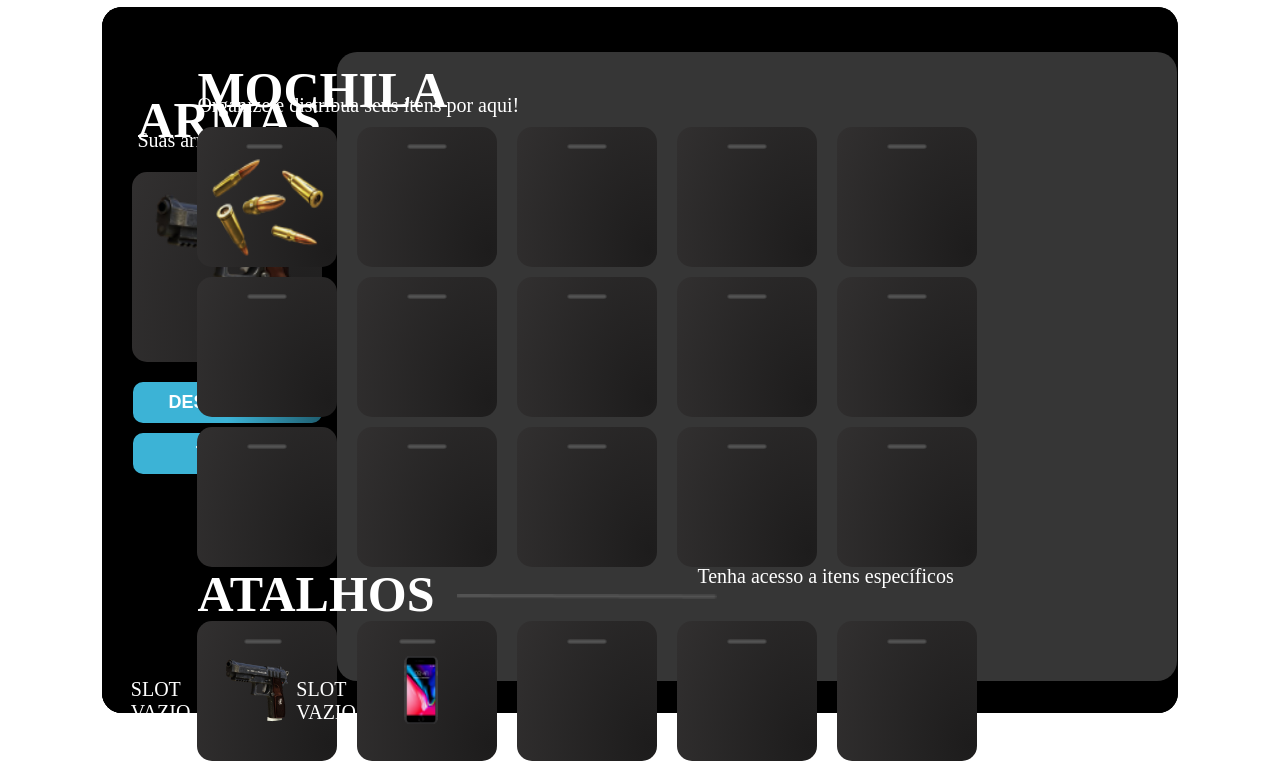
Repository: DuMCorrea/Mochila
Page: index.html
These files come from the project's save history. The page is drawn as it stood at one moment and after the next save; the edit follows.
The browser window is 1280 px wide. The pictures show the whole page.
Some web fonts or font styles are not loaded; a fallback is used.

Above is the page before, as saved 2024-09-03 10:17:10.

### index.html
<!DOCTYPE html>
<html lang="pt-BR">
<head>
    <meta charset="UTF-8">
    <meta name="viewport" content="width=device-width, initial-scale=1.0">
    <link href="https://fonts.googleapis.com/css2?family=Baloo+Bhai+2&display=swap" rel="stylesheet">
    <title>Modelo de Tela</title>
    <link rel="stylesheet" href="styles.css">
</head>
<body>
    <div class="container">
        <div class="background-rectangle">
            <div class="left-div">
                <div class="content-left">
                    <h1>ARMAS</h1>
                    <p>Suas armas equipadas!</p>
                    <div class="image-container">
                        <img src="assets/ARMA.png" alt="Imagem" />
                    </div>
                    <button class="desequipar-btn">DESEQUIPAR</button>
                    <button class="todas">TODAS</button>
                </div>
            </div>
            <div class="right-div">
                <div class="content-right">
                    <h1>MOCHILA</h1>
                    <p>Organize e distribua seus itens por aqui!</p>
                    <div class="squares-container">
                        <div class="square">
                            <img src="assets/traco.png" alt="Imagem" class="square-image-unic">
                            <img src="assets/balas.png" alt="Imagem" class="shots-image">
                        </div>
                        <div class="square">
                            <img src="assets/traco.png" alt="Imagem" class="square-image">
                        </div>
                        <div class="square">
                            <img src="assets/traco.png" alt="Imagem" class="square-image">
                        </div>
                        <div class="square">
                            <img src="assets/traco.png" alt="Imagem" class="square-image">
                        </div>
                        <div class="square">
                            <img src="assets/traco.png" alt="Imagem" class="square-image">
                        </div>
                    </div>
                    <!-- Segunda linha de quadrados -->
                    <div class="squares-containerr">
                        <div class="square">
                            <img src="assets/traco.png" alt="Imagem" class="square-image">
                        </div>
                        <div class="square">
                            <img src="assets/traco.png" alt="Imagem" class="square-image">
                        </div>
                        <div class="square">
                            <img src="assets/traco.png" alt="Imagem" class="square-image">
                        </div>
                        <div class="square">
                            <img src="assets/traco.png" alt="Imagem" class="square-image">
                        </div>
                        <div class="square">
                            <img src="assets/traco.png" alt="Imagem" class="square-image">
                        </div>
                    </div>

                    <!-- Terceira linha de quadrados -->
                    <div class="squares-containerrr">
                        <div class="square">
                            <img src="assets/traco.png" alt="Imagem" class="square-image">
                        </div>
                        <div class="square">
                            <img src="assets/traco.png" alt="Imagem" class="square-image">
                        </div>
                        <div class="square">
                            <img src="assets/traco.png" alt="Imagem" class="square-image">
                        </div>
                        <div class="square">
                            <img src="assets/traco.png" alt="Imagem" class="square-image">
                        </div>
                        <div class="square">
                            <img src="assets/traco.png" alt="Imagem" class="square-image">
                        </div>
                        </div>
                        <div class="atalhos-title-container">
                            <h1 class="atalhos-title">
                                ATALHOS
                                <img src="assets/linhaGrande.png" alt="Descrição da Imagem" class="atalhos-image">
                                <p class="atalhos-paragraph">Tenha acesso a itens específicos</p>
                            </h1>
                        </div>
                        <div class="shortcuts-container">
                            <div class="square">
                                <img src="assets/traco.png" alt="Imagem" class="square-image-unic">
                                <img src="assets/ARMA.png" class="arma-image">
                                <p class="slot-text">SLOT VAZIO</p>
                            </div>
                            <div class="square">
                                <img src="assets/traco.png" alt="Imagem" class="square-image-unic">
                                <img src="assets/celular.png" class="cell-image">
                                <p class="slot-text">SLOT VAZIO</p>
                            </div>
                            <div class="square">
                                <img src="assets/traco.png" alt="Imagem" class="square-image">
                            </div>
                            <div class="square">
                                <img src="assets/traco.png" alt="Imagem" class="square-image">
                            </div>
                            <div class="square">
                                <img src="assets/traco.png" alt="Imagem" class="square-image">
                            </div>
                        </div>

                        </div>
                        </div>
                        </div>
                        </div>
                        </body>

                        </html>

### styles.css
body, html {
    margin: 0;
    padding: 0;
    width: 100%;
    height: 100%;
    display: flex;
    justify-content: center;
    align-items: center;
    background-color: white; /* Fundo preto para o body */
    font-family: 'Baloo Bhai 2', cursive; /* Aplicando a fonte Baloo Bhai */
}

.container {
    width: 84%; /* Largura da div principal */
    height: 98%; /* Altura da div principal */
    display: flex;
    justify-content: center;
    align-items: center;
    background-color: #000000; /* Fundo preto para a div principal */
    border-radius: 20px; /* Canto arredondado */
    font-family: 'Baloo Bhai 2', cursive; /* Aplicando a fonte Baloo Bhai */
}

.background-rectangle {
    width: 100%;
    height: 100%;
    background: #000000; /* Fundo preto para o retângulo principal */
    border-radius: 20px; /* Cantos arredondados */
    display: flex;
}

.left-div {
    width: 22%; /* 25% da largura da tela */
    height: 100%;
    background-color: #000000; /* Fundo preto para a div esquerda */
    display: flex;
    justify-content: center;
    align-items: center;
    border-radius: 20px 0 0 20px; /* Canto arredondado à esquerda */
    font-family: 'Baloo Bhai 2', cursive; /* Aplicando a fonte Baloo Bhai */
}

.right-div {
    width: calc(110% - 20px); /* 73% da largura da tela menos a margem */
    height: calc(92% - 20px); /* 95% da altura menos a margem */
    background-color: #363636; /* Fundo cinza para a div direita */
    display: flex;
    justify-content: center;
    align-items: center;
    margin: 45px; /* Margem em torno da div da direita */
    border-radius: 20px; /* Cantos arredondados */
    font-family: 'Baloo Bhai 2', cursive; /* Aplicando a fonte Baloo Bhai */
}


/* DIV DA ESQUERDA */

.content-left {
    text-align: justify; /* Justifica o texto */
    display: flex;
    flex-direction: column;
    justify-content: flex-start; /* Alinha os elementos ao topo da div */
    align-items: center; /* Centraliza horizontalmente */
    height: 100%; /* Ocupa toda a altura da div esquerda */
    padding-top: 100px; /* Adiciona um espaçamento do topo */
}

.left-div h1 {
    color: white; /* Cor branca para o título */
    font-size: 50px; /* Tamanho da fonte do título */
    margin-bottom: -20px; /* Espaçamento negativo para aproximar o parágrafo */
    font-weight: 900;
    width: 100%; /* Para garantir que a justificação funcione */
    text-align: justify; /* Justifica o texto do título */
    position: relative;
    left: 35px;
}

.left-div p {
    color: white; /* Cor branca para a frase */
    font-size: 20px; /* Tamanho da fonte da frase */
    margin-top: 0; /* Remove a margem superior do parágrafo */
    width: 100%; /* Para garantir que a justificação funcione */
    text-align: justify; /* Justifica o texto da frase */
    font-weight: 100;
    position: relative;
    left: 35px;
}

.image-container {
    width: 190px; /* Largura do quadrado */
    height: 190px; /* Altura do quadrado */
    background: radial-gradient(547.21% 823.76% at 94.51% 88.04%, #1D1C1C 0%, #837E7E 100%); /* Fundo com gradiente */
    border-radius: 15px; /* Borda arredondada */
    display: flex;
    justify-content: center;
    align-items: center;
    margin-top: 0px; /* Espaçamento acima da imagem */
    position: relative;
    left: 30px;
}

.image-container img {
    width: 85%; /* Ajusta o tamanho da imagem para caber no container */
    height: 85%; /* Ajusta o tamanho da imagem para caber no container */
    border-radius: 15px; /* Borda arredondada da imagem para combinar com o container */
}

.desequipar-btn {
    margin-top: 20px; /* Espaçamento acima do botão */
    padding: 10px 20px; /* Espaçamento interno do botão */
    background: linear-gradient(90deg, #3CB3D6 49.9%, #1F5E70 100%); /* Fundo com gradiente */
    color: white; /* Cor do texto */
    font-size: 18px; /* Tamanho da fonte */
    font-weight: bold; /* Negrito no texto */
    border: none; /* Remove a borda padrão do botão */
    border-radius: 10px; /* Bordas arredondadas */
    cursor: pointer; /* Cursor de ponteiro ao passar o mouse */
    text-align: center; /* Centraliza o texto no botão */
    width: 189px; /* Largura do botão */
    position: relative;
    left: 30px;
}

.todas {
    margin-top: 10px; /* Espaçamento acima do botão */
    padding: 10px 20px; /* Espaçamento interno do botão */
    background: linear-gradient(90deg, #3CB3D6 49.9%, #1F5E70 100%); /* Fundo com gradiente */
    color: white; /* Cor do texto */
    font-size: 18px; /* Tamanho da fonte */
    font-weight: bold; /* Negrito no texto */
    border: none; /* Remove a borda padrão do botão */
    border-radius: 10px; /* Bordas arredondadas */
    cursor: pointer; /* Cursor de ponteiro ao passar o mouse */
    text-align: center; /* Centraliza o texto no botão */
    width: 189px; /* Largura do botão */
    position: relative;
    left: 30px;
}


/* DIV DA DIREITA */


.content-right {
    display: flex;
    flex-direction: column;
    justify-content: flex-start; /* Alinha os elementos ao topo da div */
    align-items: flex-start; /* Alinha os elementos à esquerda */
    height: 100%; /* Ocupa toda a altura da div direita */
    padding: 20px; /* Adiciona um espaçamento interno */
}

.right-div h1 {
    color: white; /* Cor branca para o título */
    font-size: 50px; /* Tamanho da fonte do título */
    margin-bottom: -20px; /* Espaçamento negativo para aproximar o parágrafo */
    font-weight: 900;
    width: 100%; /* Para garantir que a justificação funcione */
    text-align: left; /* Alinha o texto à esquerda */
    position: relative; /* Posicionamento relativo para o elemento abaixo */
    right: 160px;
    bottom: 25px;
}

.right-div p {
    color: white; /* Cor branca para a frase */
    font-size: 20px; /* Tamanho da fonte da frase */
    margin-top: 0; /* Remove a margem superior do parágrafo */
    width: 100%; /* Para garantir que a justificação funcione */
    text-align: left; /* Alinha o texto à esquerda */
    font-weight: 100;
    position: relative; /* Posicionamento relativo para o elemento abaixo */
    right: 160px;
    bottom: 30px;
}

.squares-container {
    display: flex; /* Exibe os quadrados em linha */
    justify-content: center; /* Centraliza os quadrados horizontalmente */
    align-items: center; /* Centraliza os quadrados verticalmente */
    width: 100%; /* Largura total para o contêiner */
    height: 50%; /* Altura do contêiner */
    position: relative;
    right: 170px;
    bottom: 40px;
}

.squares-containerr {
    display: flex; /* Exibe os quadrados em linha */
    justify-content: center; /* Centraliza os quadrados horizontalmente */
    align-items: center; /* Centraliza os quadrados verticalmente */
    width: 100%; /* Largura total para o contêiner */
    height: 50%; /* Altura do contêiner */
    position: relative;
    right: 170px;
    bottom: 30px;

}
.squares-containerrr {
    display: flex; /* Exibe os quadrados em linha */
    justify-content: center; /* Centraliza os quadrados horizontalmente */
    align-items: center; /* Centraliza os quadrados verticalmente */
    width: 100%; /* Largura total para o contêiner */
    height: 50%; /* Altura do contêiner */
    position: relative;
    right: 170px;
    bottom: 20px;
}

.square {
    width: 140px; /* Largura dos quadrados */
    height: 140px; /* Altura dos quadrados */
    background: radial-gradient(547.21% 823.76% at 94.51% 88.04%, #1D1C1C 0%, #837E7E 100%); /* Gradiente de fundo */
    border-radius: 15px; /* Bordas arredondadas */
    margin: 0 10px 0px 10px; /* Espaçamento entre os quadrados e entre as linhas */
    display: flex;
    justify-content: center; /* Centraliza horizontalmente o conteúdo */
    align-items: center; /* Centraliza verticalmente o conteúdo */
}

.square-image {
    width: 40px; /* Tamanho da imagem dentro dos quadrados */
    height: 5px;
    position: relative;
    bottom: 50px;
}

.square-image-unic {
    width: 40px; /* Tamanho da imagem dentro dos quadrados */
    height: 5px;
    position: relative;
    bottom: 50px;
    left: 60px;
}

.shots-image {
    width: 90%; /* Tamanho da imagem dentro dos quadrados */
    height: 70%;
    position: relative;
    top: 10px;
    right: 20px;
}


.shortcuts-container {
    display: flex;
    justify-content: center;
    align-items: center;
    width: 100%;
    position: relative;
    right: 170px;
    bottom: 80px;
}

.atalhos-title-container {
    display: flex;
    align-items: center;
    justify-content: flex-start;
    position: relative;
    right: 0px;
    bottom: 30px;
}

.atalhos-image {
    width: 260px; /* Ajuste o tamanho da imagem conforme necessário */
    height: 5px;
    position: relative;
    bottom: 12px;
    left: 10px;
}

.atalhos-paragraph {
    color: white;
    font-size: 20px; /* Ajuste o tamanho do texto conforme necessário */
    position: relative;
    top: -58px;
    left: 500px;
}

.arma-image {
    width: 70px; /* Ajuste o tamanho da imagem conforme necessário */
    height: 70px;
    position: relative;
    bottom: 1px;
}

.cell-image {
    width: 80px; /* Ajuste o tamanho da imagem conforme necessário */
    height: 80px;
    position: relative;
    bottom: 1px;
    left: 5px;
}

.slot-text {
    color: white; /* Cor do texto */
    font-size: 14px; /* Tamanho do texto */
    position: relative;
    top: 20px; /* Ajuste o valor conforme necessário */
    text-align: center; /* Centraliza o texto horizontalmente */
    z-index: 1; /* Certifica-se de que o texto está acima das imagens */
}

After the next save:
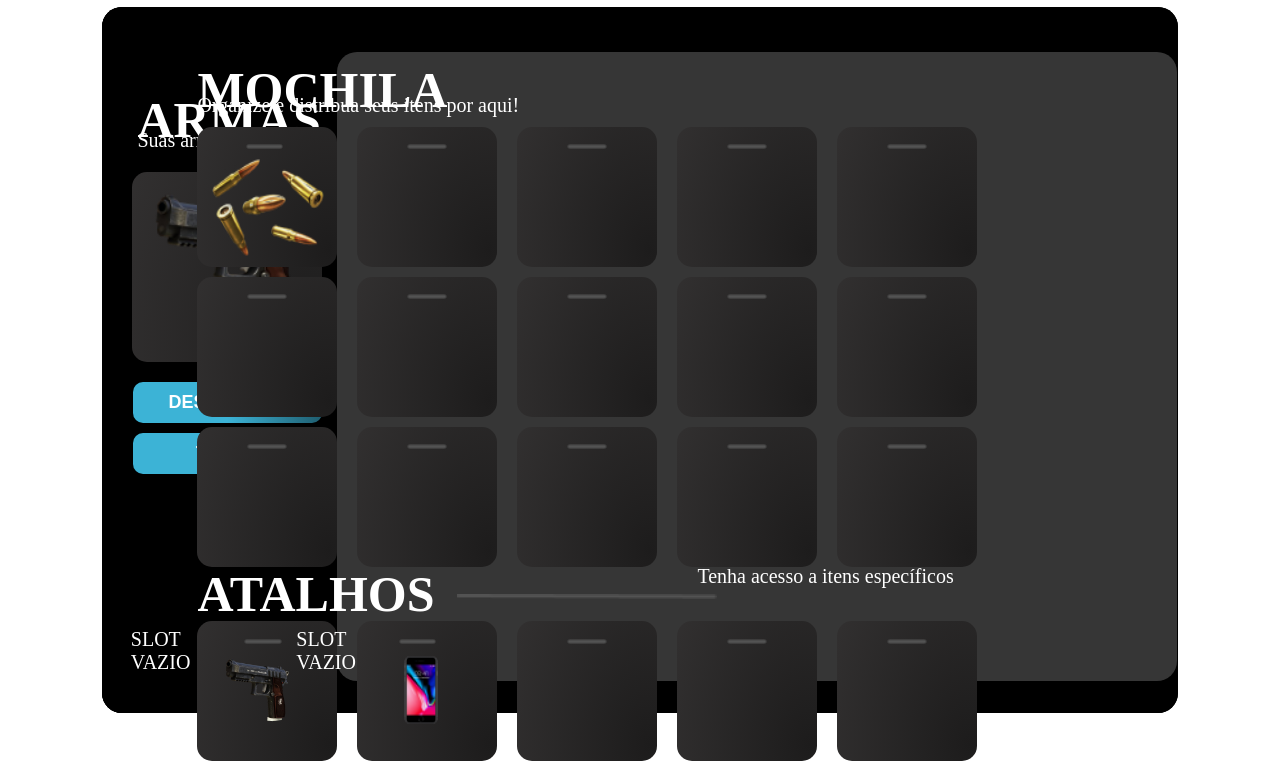
Saved 13 s later.
--- a/styles.css
+++ b/styles.css
@@ -292,12 +292,3 @@ body, html {
     bottom: 1px;
     left: 5px;
 }
-
-.slot-text {
-    color: white; /* Cor do texto */
-    font-size: 14px; /* Tamanho do texto */
-    position: relative;
-    top: 20px; /* Ajuste o valor conforme necessário */
-    text-align: center; /* Centraliza o texto horizontalmente */
-    z-index: 1; /* Certifica-se de que o texto está acima das imagens */
-}
